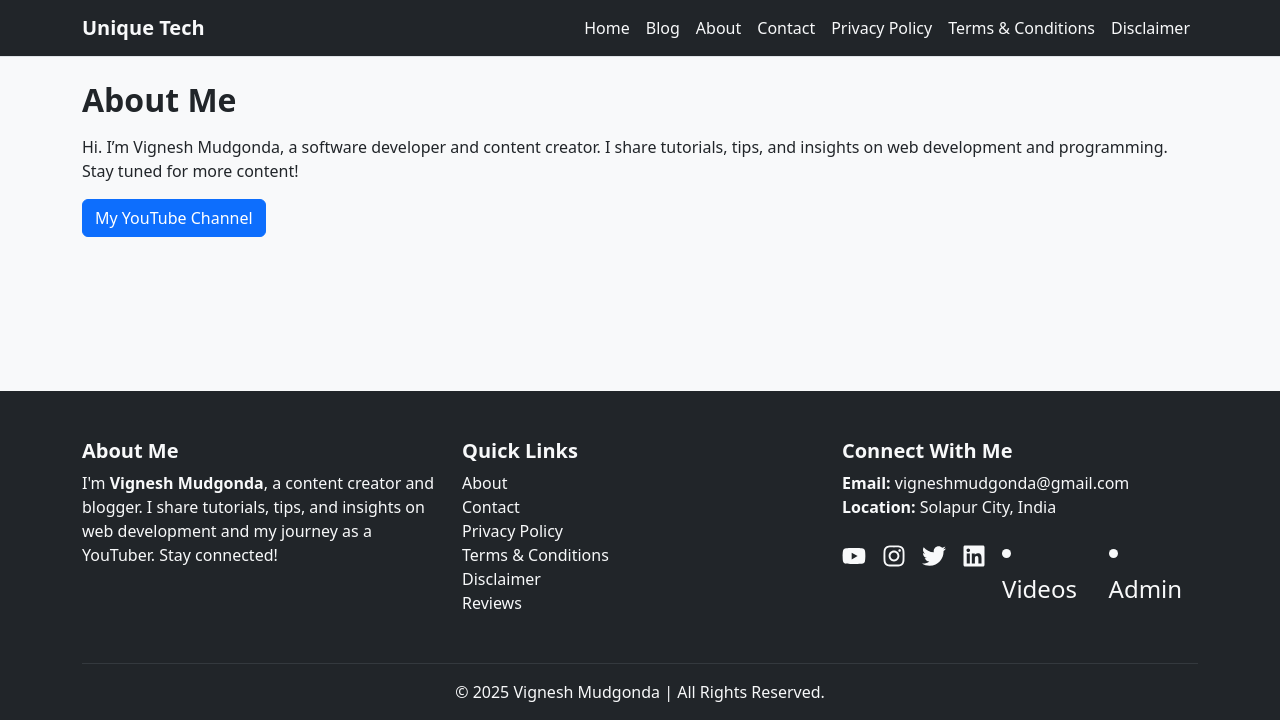
Repository: vigneshmudgonda/Blog2
Page: /about (app in blog-frontend-full/)
These files come from the project's save history. The page is drawn as it stood at one moment and after the next save; the edit follows.
The browser window is 1280 px wide. The pictures show the whole page.
The page's requests for data from a server got no answer. The project was rebuilt for these pictures with package versions that can differ from the ones it lists, and the page was loaded fresh each time. No one was signed in, and anything a server would have sent is missing. Also part of the build but not shown: blog-frontend-full/src/services/api.js, blog-frontend-full/src/pages/Home.js, blog-frontend-full/src/pages/BlogList.js, blog-frontend-full/src/pages/BlogDetail.js, blog-frontend-full/src/pages/Reviews.js, blog-frontend-full/src/pages/Contact.js, blog-frontend-full/src/pages/AdminLogin.js, blog-frontend-full/src/pages/AdminDashboard.js and 3 more.

Above is the page before, as saved 2025-08-22 20:10:39.

### blog-frontend-full/public/index.html
<!DOCTYPE html>
<html lang="en">
  <head>
    <meta charset="utf-8" />
    <meta name="viewport" content="width=device-width, initial-scale=1" />
    <title>My Blog</title>
    <meta name="description" content="Personal blog powered by React + Bootstrap" />
    <link rel="icon" href="%PUBLIC_URL%/favicon.ico" />
  </head>
  <body>
    <noscript>You need to enable JavaScript to run this app.</noscript>
    <div id="root"></div>
  </body>
</html>

### blog-frontend-full/src/index.js
import React from 'react';
import { createRoot } from 'react-dom/client';
import { BrowserRouter } from 'react-router-dom';
import App from './App';
import 'bootstrap/dist/css/bootstrap.min.css';
import 'bootstrap/dist/js/bootstrap.bundle.min.js';
import './index.css';

const root = createRoot(document.getElementById('root'));
root.render(
  <BrowserRouter>
    <App/>
  </BrowserRouter>
);

### blog-frontend-full/src/App.js
import React from 'react';
import { Routes, Route } from 'react-router-dom';
import Navbar from './components/Navbar';
import Footer from './components/Footer';
import Home from './pages/Home';
import BlogList from './pages/BlogList';
import BlogDetail from './pages/BlogDetail';
import Reviews from './pages/Reviews';
import Contact from './pages/Contact';
import About from './pages/About';
import AdminLogin from './pages/AdminLogin';

import AdminDashboard from "./pages/AdminDashboard";
import YoutubeVideos from "./pages/YoutubeVideos";
import PrivateRoute from "./components/PrivateRoute";
import NotFound from "./pages/NotFound";

export default function App(){
  return (
    <div className="d-flex flex-column min-vh-100">
      <Navbar/>
      <main className="flex-grow-1">
        <Routes>
          <Route path="/" element={<Home/>} />
          <Route path="/blog" element={<BlogList/>} />
          <Route path="/blog/:id" element={<BlogDetail/>} />
          <Route path="/reviews" element={<Reviews/>} />
          <Route path="/contact" element={<Contact/>} />
          <Route path="/about" element={<About/>} />
          <Route path="/login" element={<AdminLogin/>} />

         <Route path="*" element={<NotFound />} />
          <Route path="/youtube" element={<YoutubeVideos />} />
             <Route
          path="/admin"
          element={
            <PrivateRoute>
              <AdminDashboard />
            </PrivateRoute>
          }
        />
        </Routes>
      </main>
      <Footer/>
    </div>
  );
}

### blog-frontend-full/src/index.css
:root{--radius:1.25rem}
body{background:#f8f9fa}
.shadow-soft{box-shadow:0 .5rem 1rem rgba(0,0,0,.08)}
.rounded-2xl{border-radius:var(--radius)}
.hero{background:linear-gradient(180deg,#ffffff 0%,#f4f6f8 100%)}
.post-card img{object-fit:cover;height:180px}
a{text-decoration:none}

### blog-frontend-full/src/components/Navbar.js
import React from 'react';
import { Link, NavLink } from 'react-router-dom';

export default function Navbar(){
  return (
    <nav className="navbar navbar-expand-lg bg-dark border-bottom sticky-top">
      <div className="container">
        <Link className="navbar-brand fw-bold text-light " to="/">Unique Tech</Link>
        <button className="navbar-toggler" type="button" data-bs-toggle="collapse" data-bs-target="#nav">
          <span className="navbar-toggler-icon"></span>
        </button>
        <div id="nav" className="collapse navbar-collapse ">
          <ul className="navbar-nav ms-auto">
            <li className="nav-item"><NavLink end className="nav-link text-light " to="/">Home</NavLink></li>
            <li className="nav-item"><NavLink className="nav-link text-light " to="/blog">Blog</NavLink></li>

            <li className="nav-item"><NavLink className="nav-link text-light " to="/about">About</NavLink></li>
            <li className="nav-item"><NavLink className="nav-link text-light " to="/contact">Contact</NavLink></li>
                 <li className="nav-item"><NavLink className="nav-link text-light " to="/Privacy-Policy">Privacy Policy</NavLink></li>
                  <li className="nav-item"><NavLink className="nav-link text-light " to="/terms">Terms & Conditions</NavLink></li>
                  <li className="nav-item"><NavLink className="nav-link text-light " to="/disclaimer">Disclaimer</NavLink></li>

          </ul>
        </div>
      </div>
    </nav>
  );
}

### blog-frontend-full/src/components/Footer.js
import React from "react";
import { Link } from "react-router-dom";
import {
  FaYoutube,
  FaInstagram,
  FaTwitter,
  FaLinkedin,
} from "react-icons/fa";

export default function Footer() {
  return (
    <footer className="bg-dark text-light pt-5 pb-3 mt-5">
      <div className="container">
        <div className="row">
          {/* About Me */}
          <div className="col-md-4 mb-3">
            <h5 className="fw-bold">About Me</h5>
            <p>
              I'm <strong>Vignesh Mudgonda</strong>, a content creator and
              blogger. I share tutorials, tips, and insights on web development
              and my journey as a YouTuber. Stay connected!
            </p>
          </div>

          {/* Quick Links */}
          <div className="col-md-4 mb-3">
            <h5 className="fw-bold">Quick Links</h5>
            <ul className="list-unstyled">



              <li><Link to="/about" className="text-light text-decoration-none">About</Link></li>
              <li><Link to="/contact" className="text-light text-decoration-none">Contact</Link></li>
              <li><Link to="/Privacy-Policy" className="text-light text-decoration-none">Privacy Policy</Link></li>
              <li><Link to="/terms" className="text-light text-decoration-none">Terms & Conditions</Link></li>
              <li><Link to="/disclaimer" className="text-light text-decoration-none">Disclaimer</Link></li>
              <li><Link to="/reviews" className="text-light text-decoration-none">Reviews</Link></li>


            </ul>
          </div>



          {/* Connect With Me */}
          <div className="col-md-4 mb-3">
            <h5 className="fw-bold">Connect With Me</h5>
            <p>
              <strong>Email:</strong>{" "}
              <a
                href="mailto:vigneshmudgonda@gmail.com"
                className="text-light text-decoration-none"
              >
                vigneshmudgonda@gmail.com
              </a>
              <br />
              <strong>Location:</strong> Solapur City, India
            </p>
            <div className="d-flex gap-3 fs-4">
              <a href="https://www.youtube.com/@UNIQUETECH03" className="text-light"><FaYoutube /></a>
              <a href="https://www.instagram.com/uniquetech17/" className="text-light"><FaInstagram /></a>
              <a href="https://twitter.com" className="text-light"><FaTwitter /></a>
              <a href="https://www.linkedin.com/in/vignesh-mudgonda-b1572423b/com" className="text-light"><FaLinkedin /></a>

              <li><Link to="/youtube" className="text-light text-decoration-none">Videos</Link></li>
                 <li><Link to="/admin" className="text-light text-decoration-none">Admin</Link></li>
            </div>
          </div>
        </div>

        <hr className="border-secondary" />
        <p className="text-center mb-0">
          © 2025 Vignesh Mudgonda | All Rights Reserved.
        </p>
      </div>
    </footer>
  );
}

### blog-frontend-full/src/pages/About.js
import React from 'react';

export default function About(){
  return (
    <div className="container py-4">
      <h2 className="fw-bold mb-3">About Me</h2>
      <p>Hi. I’m Vignesh Mudgonda, a software developer and content creator. I share tutorials, tips, and insights on web development and programming. Stay tuned for more content!</p>
      <a className="btn btn-primary" href={process.env.REACT_APP_YOUTUBE_URL||'https://www.youtube.com/@UNIQUETECH03'} target="_blank" rel="noreferrer">My YouTube Channel</a>
    </div>
  );
}

After the next save:
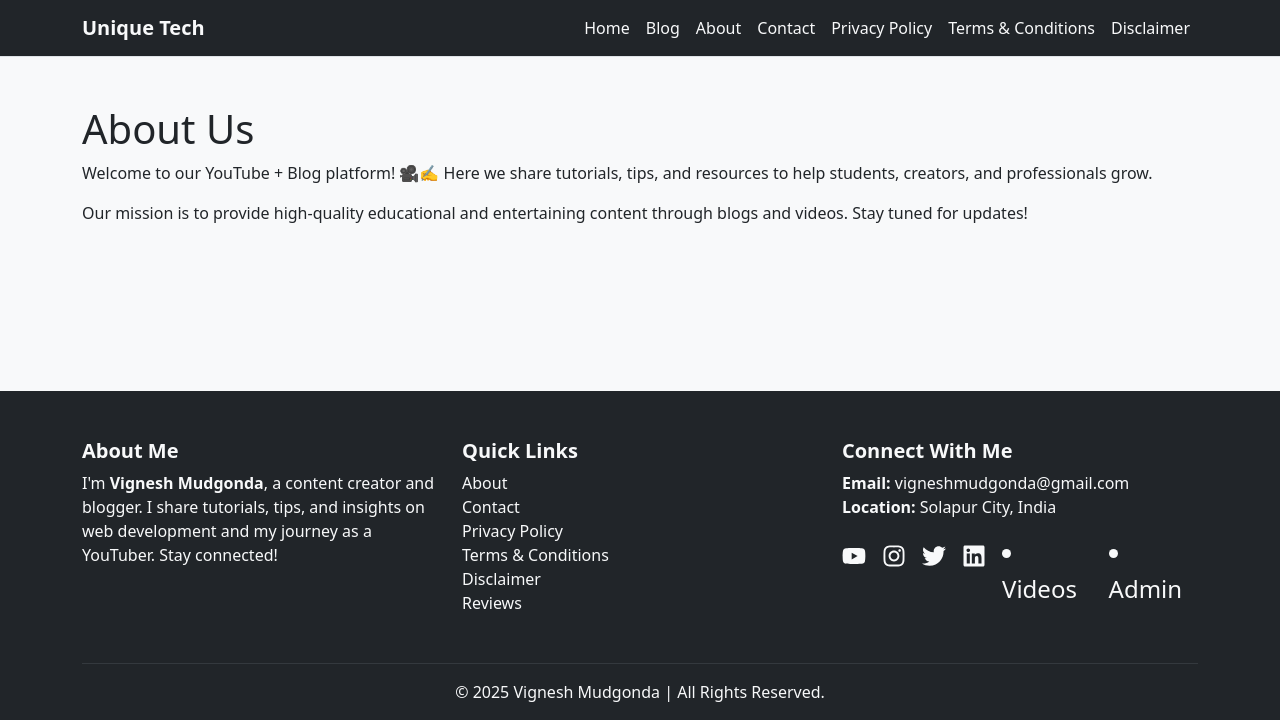
Saved 11 min 46 s later.
--- a/blog-frontend-full/src/pages/About.js
+++ b/blog-frontend-full/src/pages/About.js
@@ -1,11 +1,19 @@
-import React from 'react';
+import React from "react";
+import { Container } from "react-bootstrap";
 
-export default function About(){
+export default function About() {
   return (
-    <div className="container py-4">
-      <h2 className="fw-bold mb-3">About Me</h2>
-      <p>Hi. I’m Vignesh Mudgonda, a software developer and content creator. I share tutorials, tips, and insights on web development and programming. Stay tuned for more content!</p>
-      <a className="btn btn-primary" href={process.env.REACT_APP_YOUTUBE_URL||'https://www.youtube.com/@UNIQUETECH03'} target="_blank" rel="noreferrer">My YouTube Channel</a>
-    </div>
+    <Container className="py-5">
+      <h1>About Us</h1>
+      <p>
+        Welcome to our YouTube + Blog platform! 🎥✍️
+        Here we share tutorials, tips, and resources to help students,
+        creators, and professionals grow.
+      </p>
+      <p>
+        Our mission is to provide high-quality educational and entertaining
+        content through blogs and videos. Stay tuned for updates!
+      </p>
+    </Container>
   );
 }
